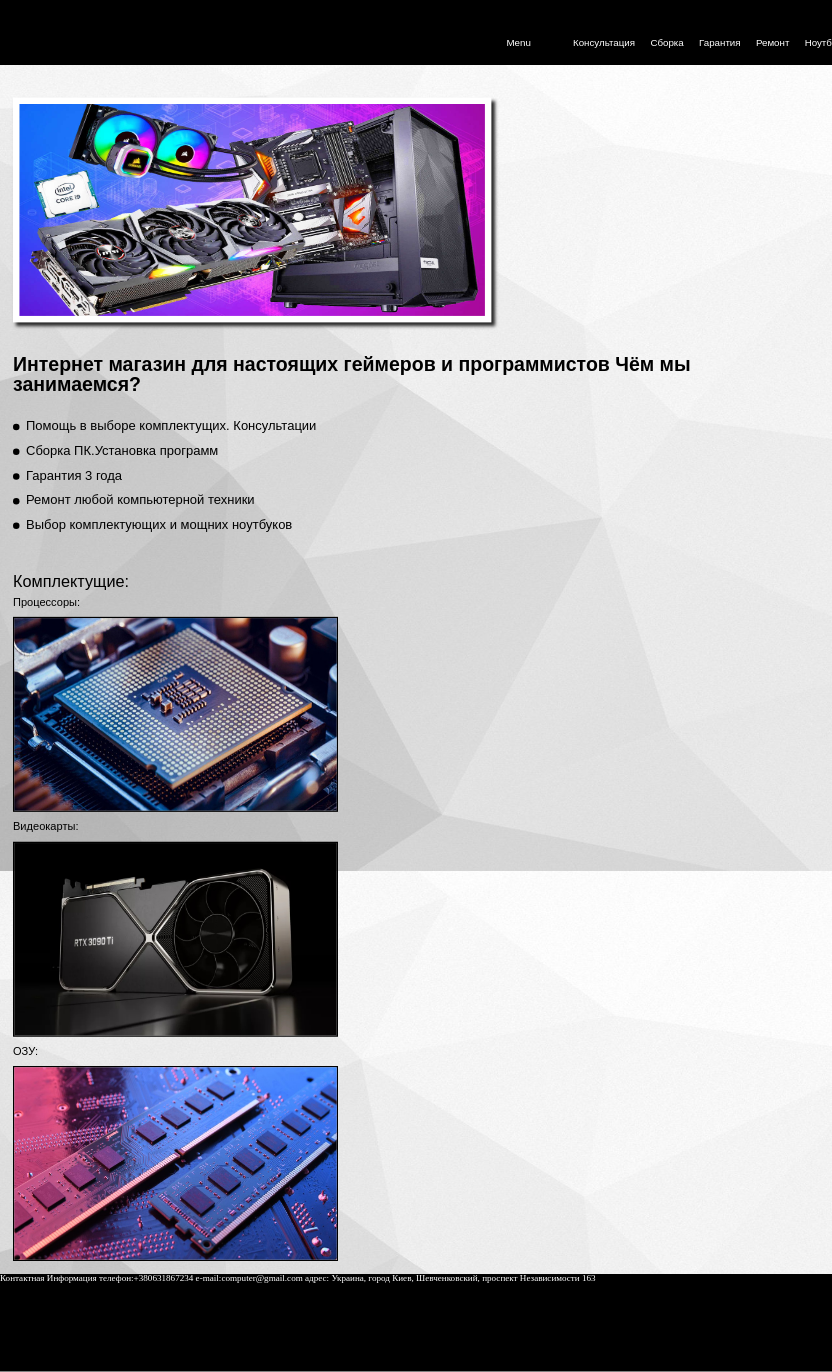
Repository: Bohdan-Sandovenko/First-Project-Flex
Page: index.html
These files come from the project's save history. The page is drawn as it stood at one moment and after the next save; the edit follows.
The browser window is 1280 px wide. The pictures show the whole page, at 65% of full size.
The style sheet was rebuilt from its Sass, Less or Tailwind sources for each picture, by a compiler version that may differ from the author's.

Above is the page before, as saved 2024-07-29 12:59:42.

### index.html
<!DOCTYPE html>
<html lang="en">
<head>
    <meta charset="UTF-8">
    <meta name="viewport" content="width=device-width, initial-scale=1.0">
    <link rel="stylesheet" href="css/style.css">
    <title>Document</title>
</head>
<body>
    <header class="top-of-site">
        <nav class="nav-links-of-top">
            <button class="button-menu">Menu</button>
            <a href="">Консультация</a>
            <a href="">Сборка</a>
            <a href="">Гарантия</a>
            <a href="">Ремонт</a>
            <a href="">Ноутбуки</a>
        </nav>
    </header>
    <main class="content">
        <div class="content-top">
            <div class="content-top-image-block">
                <img src="images/first images.jpg" alt="sorry" class="content-top-image">
            </div>
            <span class="content-top-text-inside">Интернет магазин для настоящих геймеров и программистов
            Чём мы занимаемся?</span>
            <ul class="content-top-list">
                <li>Помощь в выборе комплектущих. Консультации</li>
                <li>Сборка ПК.Установка программ</li>
                <li>Гарантия 3 года</li>
                <li>Ремонт любой компьютерной техники</li>
                <li>Выбор комплектующих и мощних ноутбуков</li>
            </ul>
        </div>
        <div class="content-bottom">
            Комплектущие:
            <div class="content-photo-compotent-bottom">
                Процессоры: <br> <img src="images/CPU.jpg" alt="" class="img-component-bottom"> <br>
                Видеокарты: <br> <img src="images/GPU.jpg" alt="" class="img-component-bottom"> <br>
                ОЗУ: <br> <img src="images/RAM.jpg" alt="" class="img-component-bottom"> <br>
            </div>
        </div>
    </main>
    <div class="footer">
        Контактная Информация
        телефон:+380631867234
        e-mail:computer@gmail.com
        адрес: Украина, город Киев, Шевченковский, проспект Независимости 163
    </div>
</body>
</html>

### css/style.scss
@import "nullstyles.scss";
$color-black: black;
$color-white: white;
$color-green: rgb(5, 132, 132);
$color-grey: rgb(196, 199, 199);
$color-content: rgb(235, 235, 235);
$font-family-top: Arial, Helvetica, sans-serif;
$font-weight-header: 400;
$back-color-list-before: black;

%styles-link-top {
    margin: 0 40px 0px 0px;
    height: 30px;
    width: 80px;
    border-radius: 5px;
    background-color: $color-black;
    color: $color-white;
    font-family: $font-family-top;
    font-weight: $font-weight-header;
    font-size: 15px;
}

.top-of-site {
    width: 100%;
    height: 100px;
    background-color: black;
    padding: 50px;
    position: fixed;

    .nav-links-of-top {
        position: relative;
        top: 50%;
        right: -60%;

        .button-menu {
            // margin: 0 40px 0px 0px;
            // height: 30px;
            // width: 80px;
            // border-radius: 5px;
            // background-color: $color-black;
            // color: $color-white;
            // font-family: $font-family-top;
            // font-weight: $font-weight-header;
            // font-size: 15px;
            @extend %styles-link-top;

            &:hover {
                opacity: 0.9;
                border: 1px solid $color-green;
            }

            &:active {
                width: 79.5px;
                color: $color-grey;
            }

        }
    }

    a {
        padding: 0 20px 0 0;
        color: $color-white;
        font-family: Arial, Helvetica, sans-serif;
        font-weight: 400;
        font-size: 15px;
    }
}

////////////////////////////////////////////////////////////////////////////////////////////////
.content {
    padding: 100px 20px 10px 20px;
    background: url('../images/background-1.jpg');

    .content-top {
        margin-bottom: 50px;

        .content-top-image-block {
            margin: 50px 0px 50px 0px;

            .content-top-image {
                width: 736px;
                height: 346px;
                border: 10px solid $color-white;
                box-shadow: 5px 5px 5px rgb(41, 41, 41);
            }
        }

        .content-top-text-inside {
            font-family: $font-family-top;
            font-weight: 700;
            font-size: 30px;
        }

        .content-top-list {
            margin-top: 30px;
        }

        .content-top-list li {
            font-family: $font-family-top;
            font-size: 20px;
            line-height: 1.9;

            &::before {
                content: "";
                border-radius: 50%;
                width: 10px;
                height: 10px;
                background-color: $back-color-list-before;
                display: inline-block;
                margin-right: 10px;
            }

            &:nth-child(1):hover {
                font-size: 21px;
                font-weight: bold;
            }

            &:nth-child(2):hover {
                font-size: 21px;
                font-weight: bold;
            }

            &:nth-child(3):hover {
                font-size: 21px;
                font-weight: bold;
            }

            &:nth-child(4):hover {
                font-size: 21px;
                font-weight: bold;
            }

            &:nth-child(5):hover {
                font-size: 21px;
                font-weight: bold;
            }

            &:hover::before {
                background-color: rgb(140, 4, 4);
            }
        }
    }

    ///content bottom
    .content-bottom {
        line-height: 1.5;

        &::first-line {
            font-family: $font-family-top;
            font-weight: 500;
            font-size: 25px;
        }

        .content-photo-compotent-bottom {
            font-family: $font-family-top;
            font-weight: 300;
            font-size: 17px;

            .img-component-bottom {
                height: 300px;
                width: 500px;
                border: 2px solid black;
                margin: 10px 0px 10px 0px;
            }
        }
    }

}

.footer {
    height: 150px;
    width: 100%;
    background-color: black;
    color: $color-white;
}

### css/nullstyles.scss
* {
    padding: 0;
    margin: 0;
    border: 0;
}


*,
*:before,
*:after {
    -webkit-box-sizing: border-box;
    -moz-box-sizing: border-box;
    box-sizing: border-box;
}


:focus,
:active {
    outline: none;
}

a:focus,
a:active {
    outline: none;
}


nav,
footer,
header,
aside {
    display: block;
}


html,
body {
    height: 100%;
    width: 100%;
    font-size: 100%;
    line-height: 1;
    font-size: 14px;
    -ms-text-size-adjust: 100%;
    -moz-text-size-adjust: 100%;
    -webkit-text-size-adjust: 100%;
}


input,
button,
textarea {
    font-family: inherit;
}


input::-ms-clear {
    display: none;
}

button {
    cursor: pointer;
}

button::-moz-focus-inner {
    padding: 0;
    border: 0;
}

a,
a:visited {
    text-decoration: none;
}

a:hover {
    text-decoration: none;
}

ul li {
    list-style: none;
}

img {
    vertical-align: top;
}

h1,
h2,
h3,
h4,
h5,
h6 {
    font-size: inherit;
    font-weight: 400;
}

After the next save:
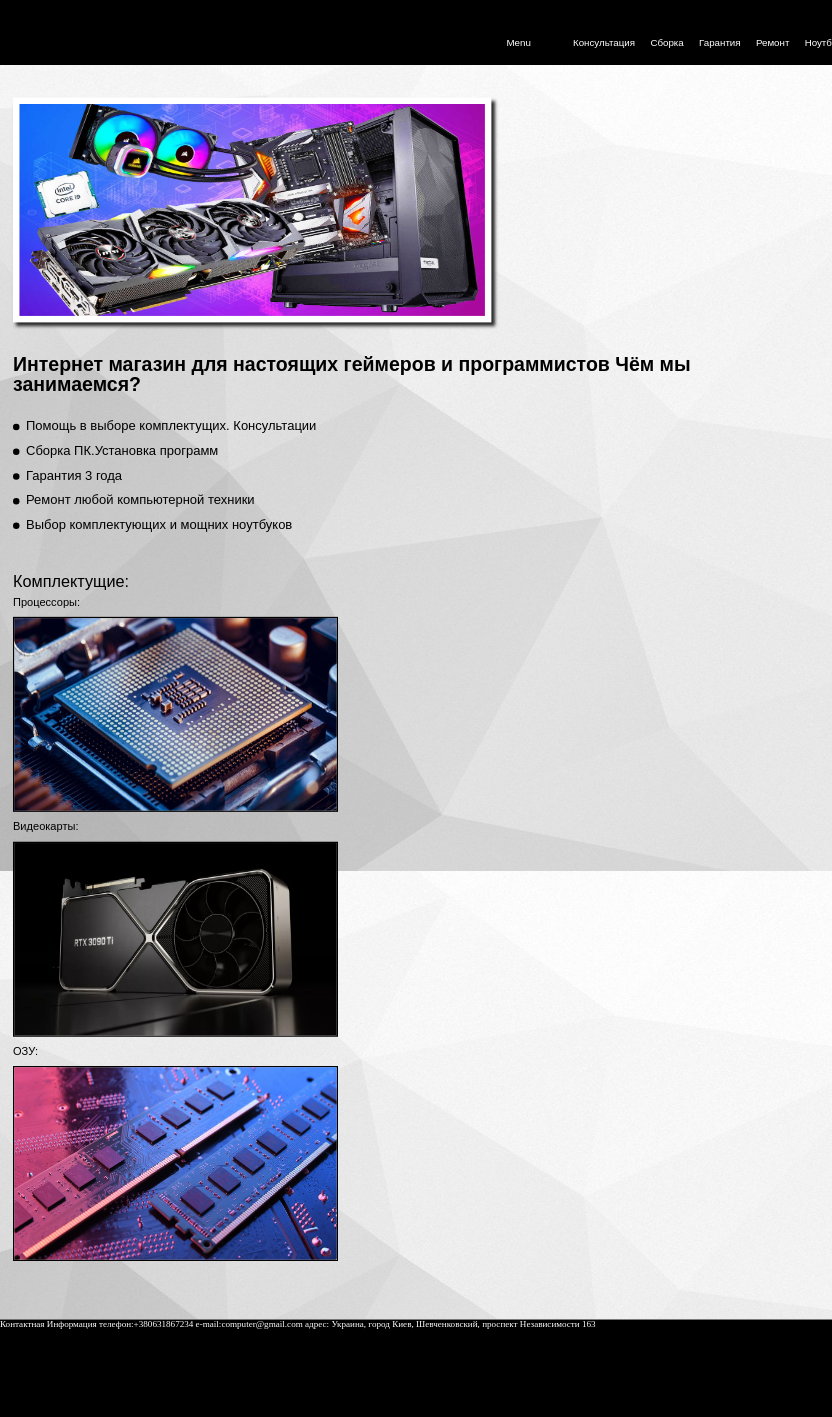
Saved 2 min 32 s later.
--- a/css/style.scss
+++ b/css/style.scss
@@ -155,6 +155,7 @@
             font-family: $font-family-top;
             font-weight: 300;
             font-size: 17px;
+            margin-bottom: 70px;
 
             .img-component-bottom {
                 height: 300px;
